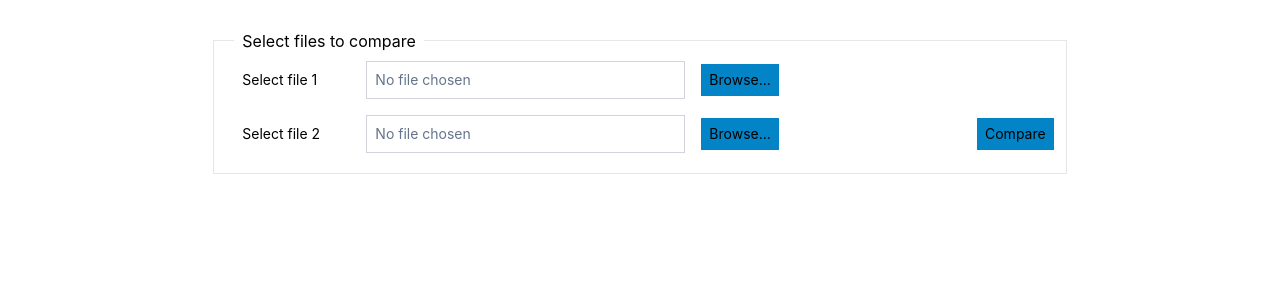
Repository: chionye/paymentology-front
Page: /
An editor plug-in stored every save of this project. The page is shown before and after the next save, followed by the edit.
The browser window is 1280 px wide. The pictures show the whole page.
The project was rebuilt for these pictures with package versions that can differ from the ones it lists, and the page was loaded fresh each time.

Above is the page before, as saved 2022-03-16 13:35:28.

After the next save:
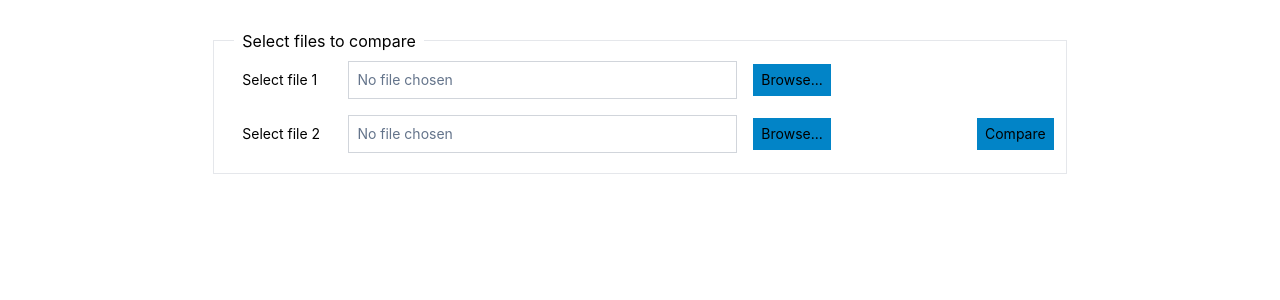
Saved 4 s later.
--- a/src/components/InputFile.js
+++ b/src/components/InputFile.js
@@ -3,7 +3,7 @@ const InputFile = (props) => {
     return(
         <div className="flex flex-row w-full md:w-3/4 items-center text-sm my-2 px-4">
             <label className="w-28">{props.file}</label>
-            <div className="flex flex-row items-center">
+            <div className="flex flex-row items-center w-full">
                 <input type="file"
                     className="block w-full mx-3 appearance-none border border-1 border-gray-300 p-2  text-slate-500
                     file:mr-4 file:py-2 file:px-4
